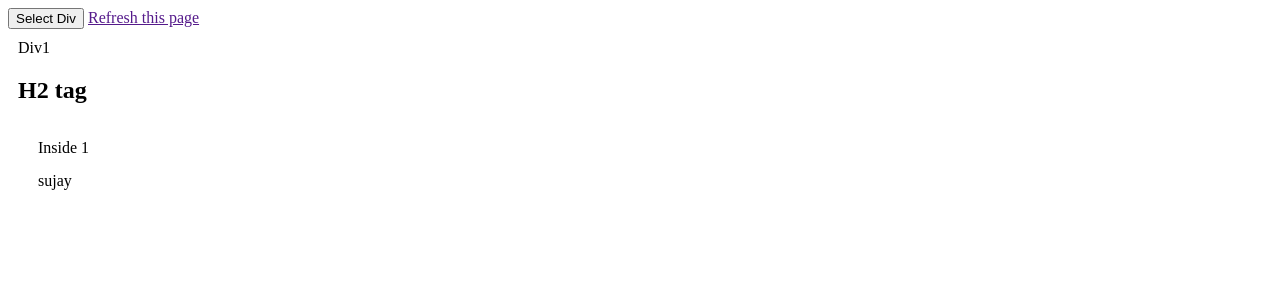
Repository: sujay-a-v/FunctionalPrograms
Page: Sujay/jQuery/jQueryExample/WebContent/SelectorTagname.html
The author's editor kept a copy of each file at every save. The page is drawn from the files as they stood at one save, then again after the next save.
The browser window is 1280 px wide. The pictures show the whole page.
Some web libraries are served in a nearby version.

Above is the page before, as saved 2017-10-25 05:04:43.

### Sujay/jQuery/jQueryExample/WebContent/SelectorTagname.html
<!DOCTYPE html>
<html>
<head>
   <meta charset="utf-8">
   <title>jQuery Select elements by tagName</title>

   <script type="text/javascript" src="http://code.jquery.com/jquery-1.11.3.js"></script>

   <style>
      div {
        padding: 5px;
        margin:5px;
        width: 200px;
      }
   </style>

   <script>
      function selectDiv()  {
          $('h2').css("border","1px solid red");
      }
   </script>
</head>
<body>

   <input type="button" onclick="selectDiv();" value="Select Div"/>
   <a href="">Refresh this page</a>


   <div>Div1

   <h2>H2 tag</h2>

   <div>

        <div>Inside 1</div>

        <div>sujay</div>

   </div>
   </div>

</body>
</html>

After the next save:
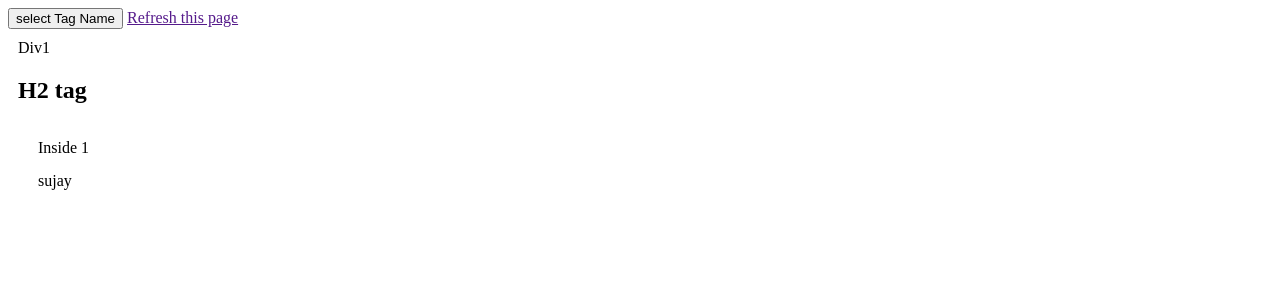
Saved 3 min 42 s later.
--- a/Sujay/jQuery/jQueryExample/WebContent/SelectorTagname.html
+++ b/Sujay/jQuery/jQueryExample/WebContent/SelectorTagname.html
@@ -15,14 +15,14 @@
    </style>
 
    <script>
-      function selectDiv()  {
+      function selectTag()  {
           $('h2').css("border","1px solid red");
       }
    </script>
 </head>
 <body>
 
-   <input type="button" onclick="selectDiv();" value="Select Div"/>
+   <input type="button" onclick="selectTag();" value="select Tag Name"/>
    <a href="">Refresh this page</a>
 
 
